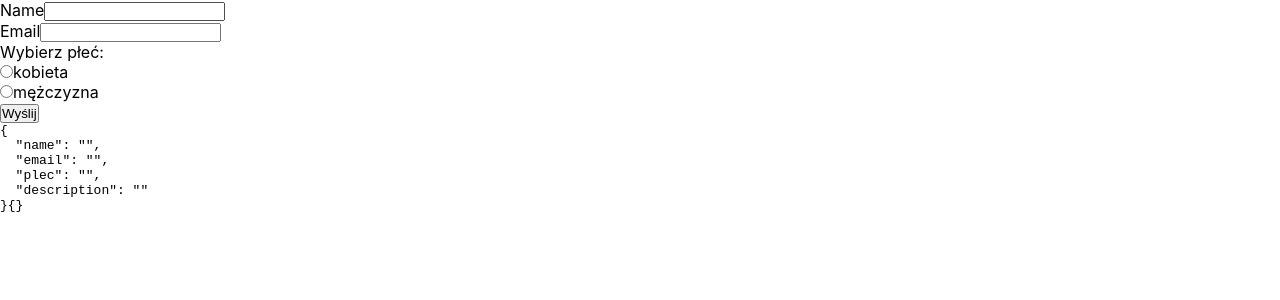
Repository: KrzysKolo/sr_tydzien4_zad3
Page: /
An editor plug-in stored every save of this project. The page is shown before and after the next save, followed by the edit.
The browser window is 1280 px wide. The pictures show the whole page.
The project was rebuilt for these pictures with package versions that can differ from the ones it lists, and the page was loaded fresh each time. Also part of the build but not shown: src/components/FormComponents/TextError.js.

Above is the page before, as saved 2020-11-19 13:21:11.

After the next save:
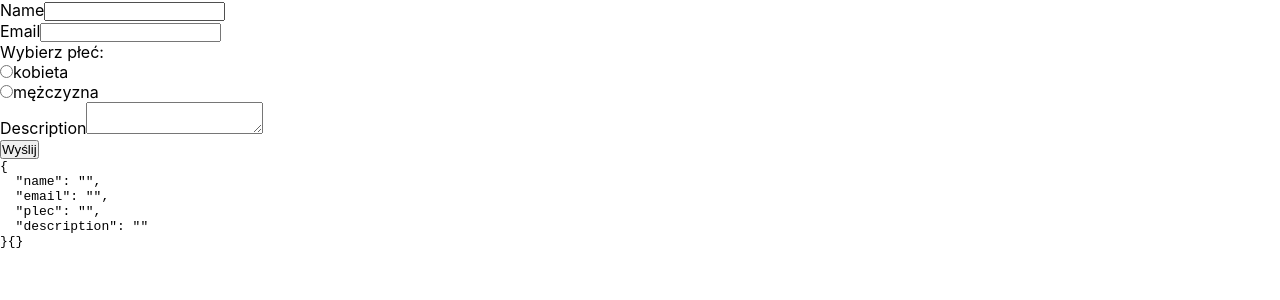
Saved 49 s later.
--- a/src/components/Formik/FormikContainer.js
+++ b/src/components/Formik/FormikContainer.js
@@ -35,6 +35,9 @@ const FormikContainer = () => {
                     <section className="section">
                         <FormikControl control='radio' label='Wybierz płeć: ' name='plec' options={RadioOptions}/>
                     </section>
+                    <section className="section">
+                        <FormikControl control='textarea' label='Description' name='description'/>
+                    </section>
                     <button type="submit">Wyślij</button>
                     <pre>
                         {JSON.stringify(values, null, 2)}
